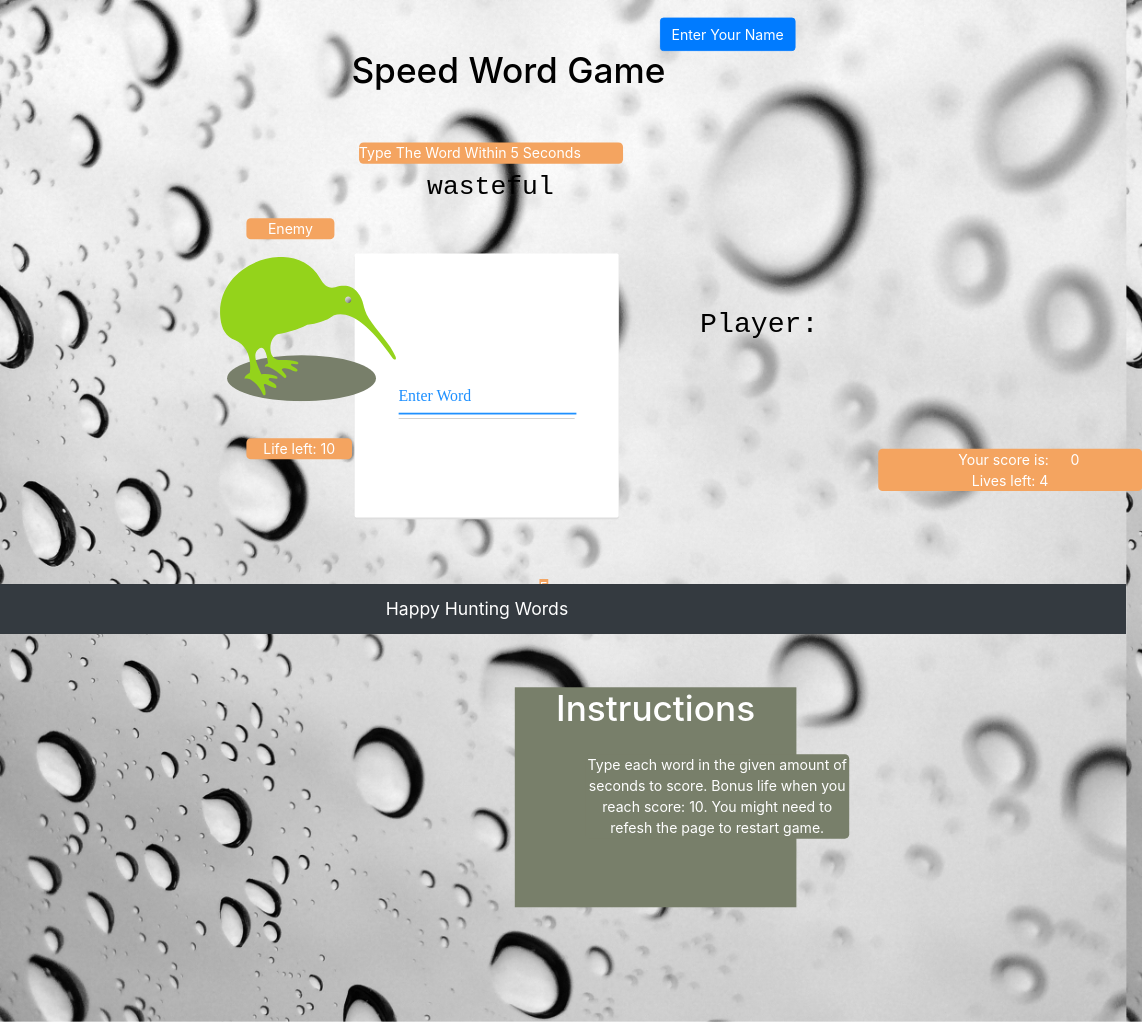
Repository: konstantin0s/word-game-project
Page: modal.html
These files come from the project's save history. The page is drawn as it stood at one moment and after the next save; the edit follows.
The browser window is 1280 px wide. The page is 1298 px wide, so the pictures cover 1298 px, including what lies to the right of the window. The pictures show the whole page, at 88% of full size.
Backgrounds fixed to the window are drawn as part of the page. Some web libraries are served in a nearby version.

Above is the page before, as saved 2019-02-14 11:12:44.

After the next save:
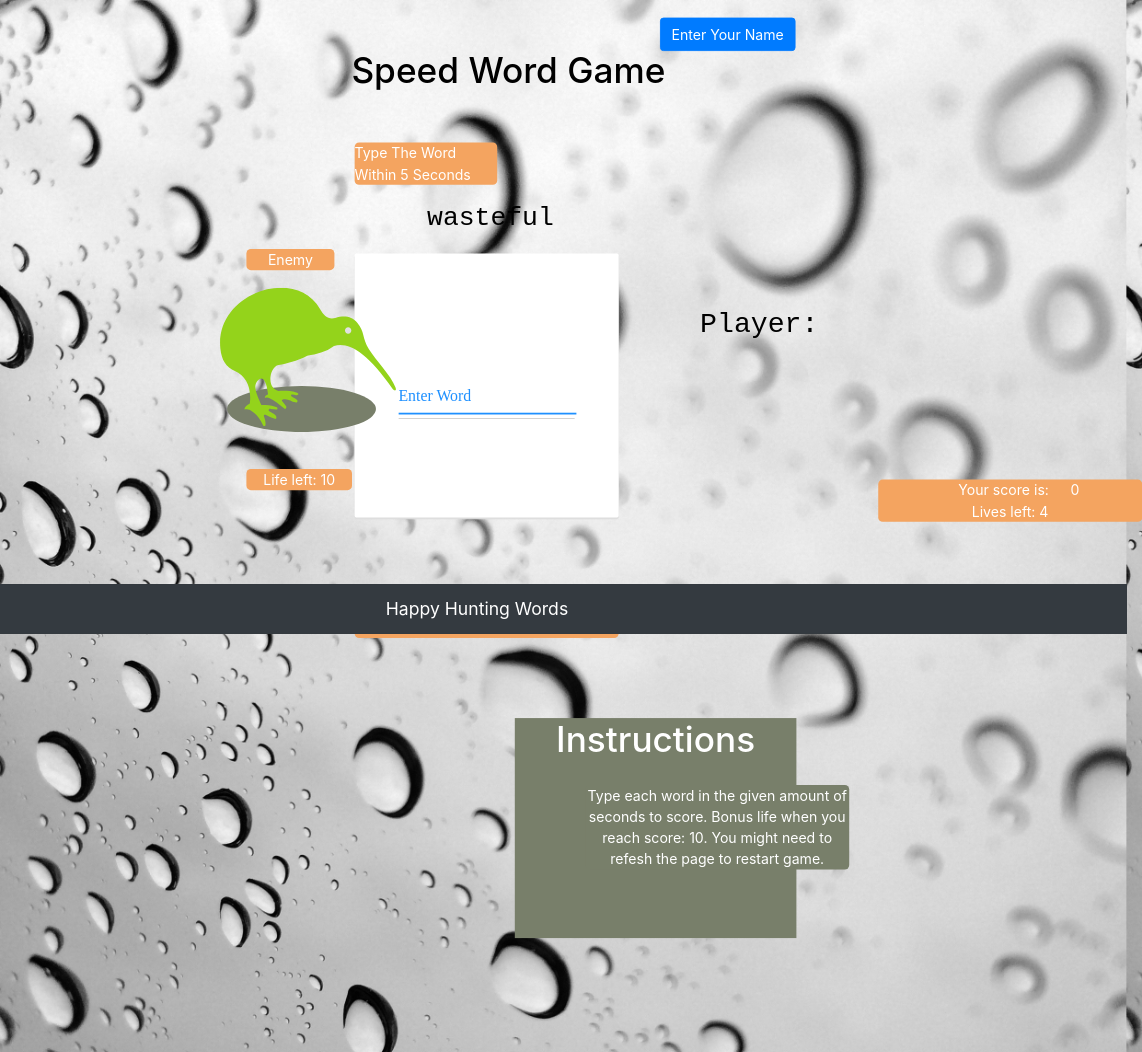
Saved 43 s later.
--- a/css/style.css
+++ b/css/style.css
@@ -153,7 +153,7 @@ font {
 }
 
 .type {
-  margin: 5px;
+  width: 30%;
 }
 
 b {
